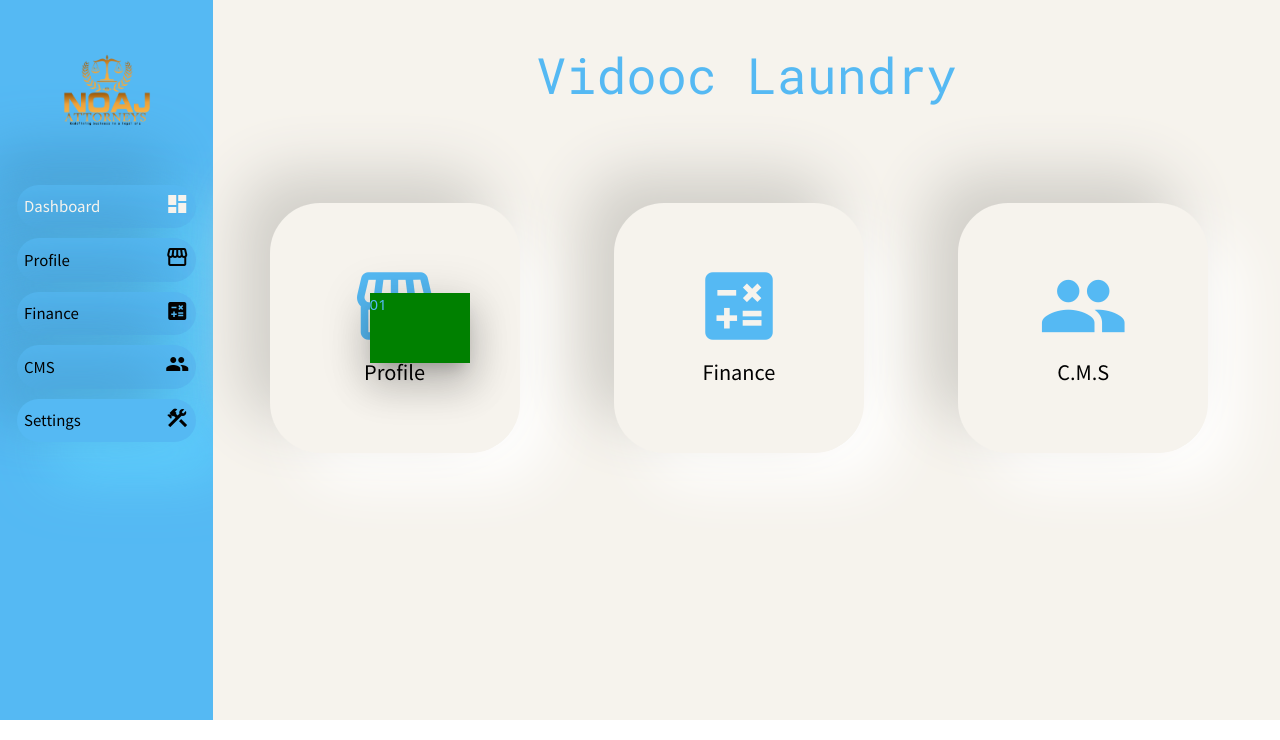
Repository: latenightsnacc/AllinOne
Page: Design/index.html
These files come from the project's save history. The page is drawn as it stood at one moment and after the next save; the edit follows.
The browser window is 1280 px wide. The pictures show the whole page.
The style sheet was rebuilt from its Sass, Less or Tailwind sources for each picture, by a compiler version that may differ from the author's.

Above is the page before, as saved 2020-09-16 15:24:27.

After the next save:
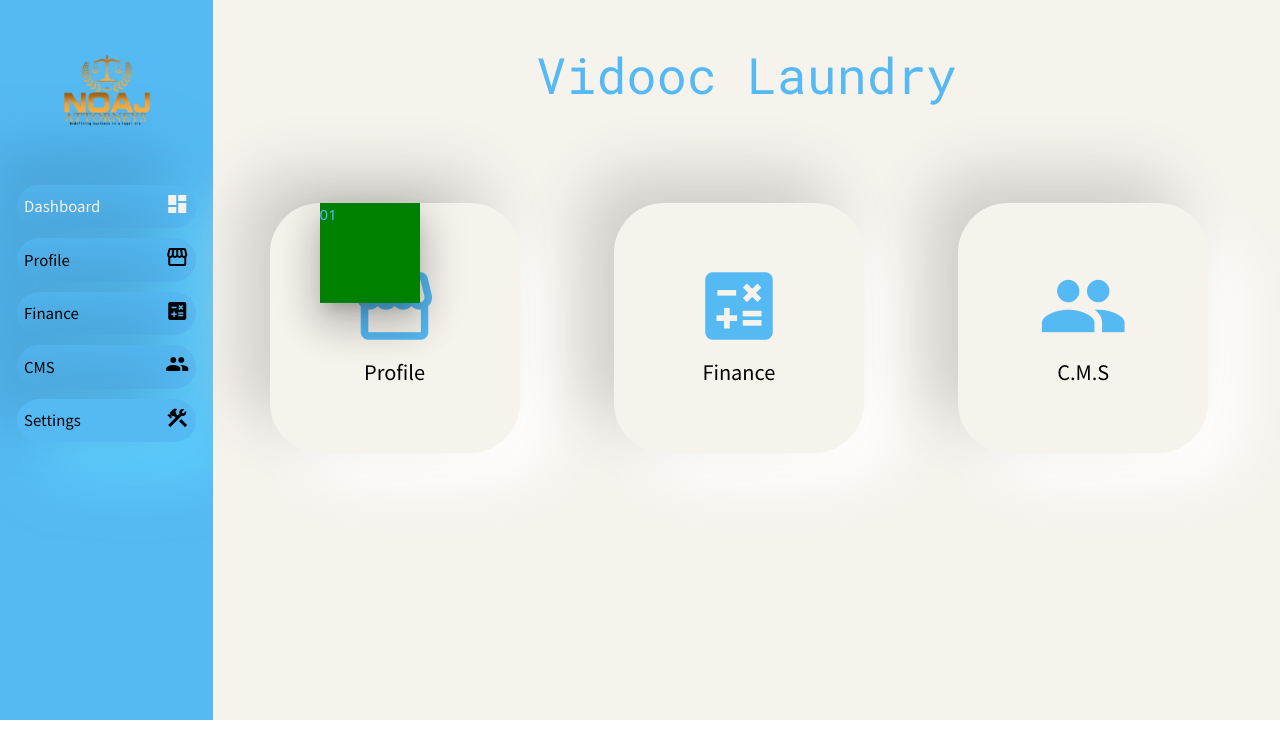
Saved 25 s later.
--- a/Design/Styles.scss
+++ b/Design/Styles.scss
@@ -67,10 +67,10 @@
 
     .card-top {
         position: absolute;
-        left: 40%;
+        top:0;
         right: 40%;
         width: 100px;
-        height: 70px;
+        height: 100px;
         background-color: green;
     }
 
